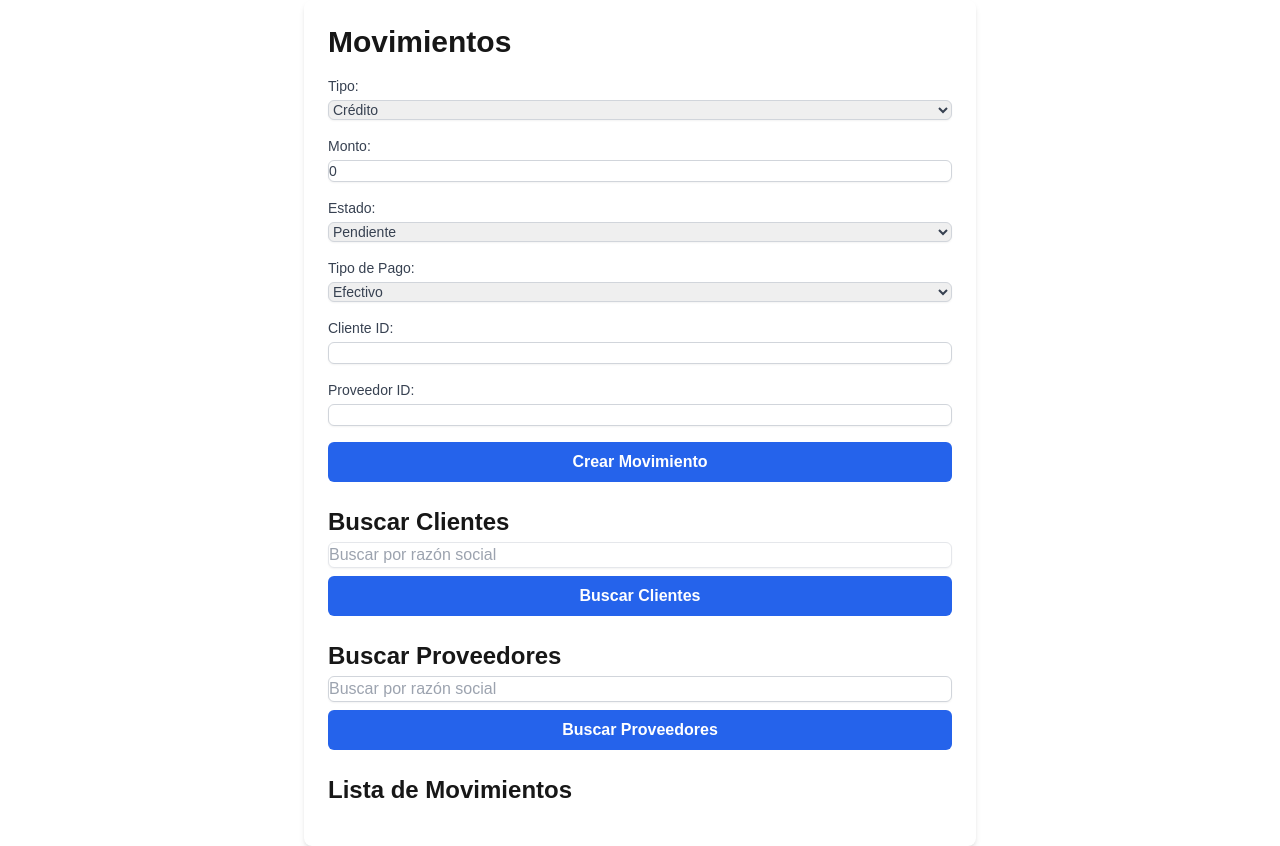
Repository: manucavallera/Sistema-Gestion
Page: /movimientos
An editor plug-in stored every save of this project. The page is shown before and after the next save, followed by the edit.
The browser window is 1280 px wide. The pictures show the whole page.
The page's requests for data from a server got no answer. The project was rebuilt for these pictures with package versions that can differ from the ones it lists, and the page was loaded fresh each time. The framework's server and built-in components were replaced by stand-ins that run in the browser. No one was signed in, and anything a server would have sent is missing. Also part of the build but not shown: next.config.mjs.

Above is the page before, as saved 2024-11-20 20:55:17.

After the next save:
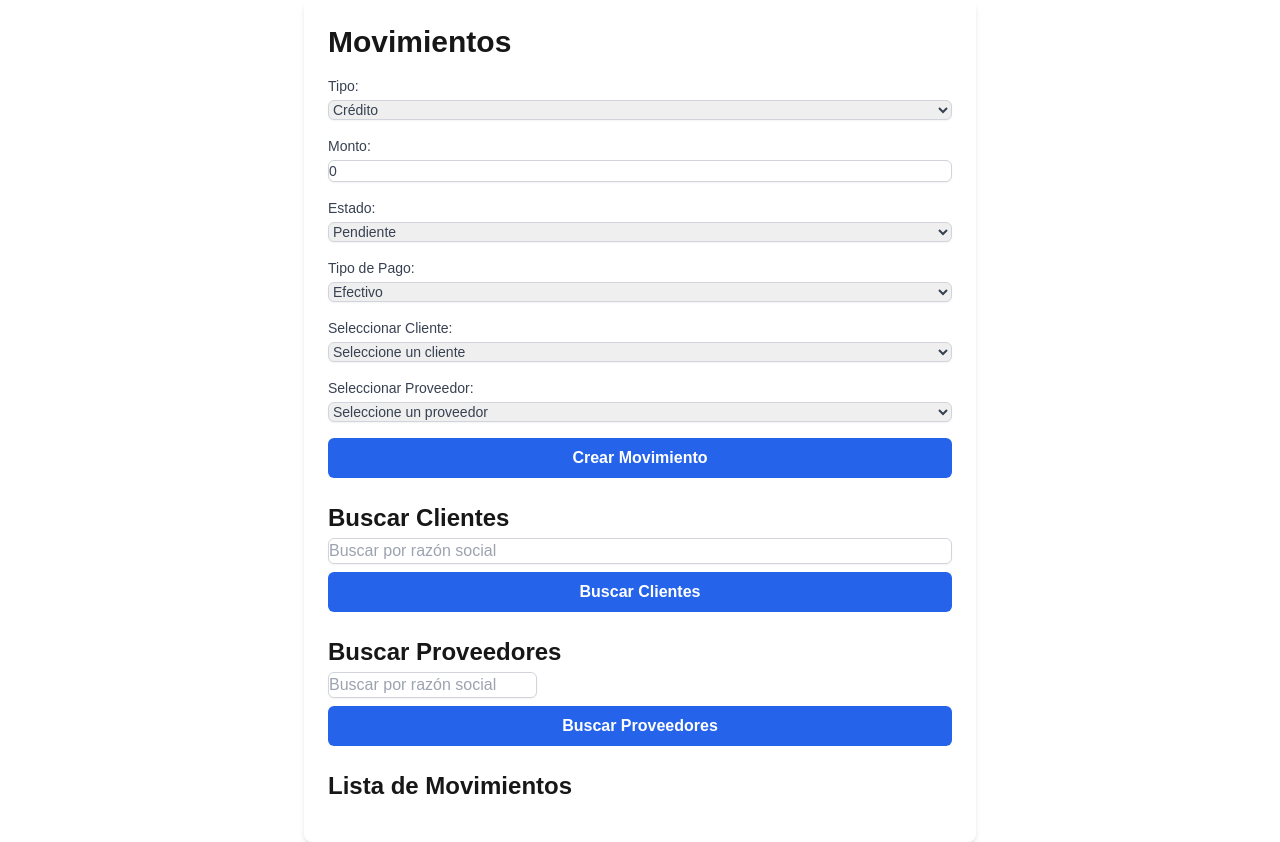
Saved 116 s later.
--- a/src/app/movimientos/page.tsx
+++ b/src/app/movimientos/page.tsx
@@ -150,28 +150,40 @@ const MovimientosPage = () => {
         </div>
         <div>
           <label className='block text-sm font-medium text-gray-700'>
-            Cliente ID:
-            <input
-              type='number'
+            Seleccionar Cliente:
+            <select
               value={clienteId || ""}
               onChange={(e) =>
                 setClienteId(e.target.value ? Number(e.target.value) : null)
               }
               className='mt-1 block w-full border border-gray-300 rounded-md shadow-sm focus:ring-blue-500 focus:border-blue-500'
-            />
-          </label>
-        </div>
-        <div>
-          <label className='block text-sm font-medium text-gray-700'>
-            Proveedor ID:
-            <input
-              type='number'
+            >
+              <option value=''>Seleccione un cliente</option>
+              {clientes.map((cliente) => (
+                <option key={cliente.id} value={cliente.id}>
+                  {cliente.razonSocial}
+                </option>
+              ))}
+            </select>
+          </label>
+        </div>
+        <div>
+          <label className='block text-sm font-medium text-gray-700'>
+            Seleccionar Proveedor:
+            <select
               value={proveedorId || ""}
               onChange={(e) =>
                 setProveedorId(e.target.value ? Number(e.target.value) : null)
               }
               className='mt-1 block w-full border border-gray-300 rounded-md shadow-sm focus:ring-blue-500 focus:border-blue-500'
-            />
+            >
+              <option value=''>Seleccione un proveedor</option>
+              {proveedores.map((proveedor) => (
+                <option key={proveedor.id} value={proveedor.id}>
+                  {proveedor.razonSocial}
+                </option>
+              ))}
+            </select>
           </label>
         </div>
         <button
@@ -188,7 +200,7 @@ const MovimientosPage = () => {
           value={searchCliente}
           onChange={(e) => setSearchCliente(e.target.value)}
           placeholder='Buscar por razón social'
-          className='mt-1 block w-full border border-gray- 300 rounded-md shadow-sm focus:ring-blue-500 focus:border-blue-500'
+          className='mt-1 block w-full border border-gray-300 rounded-md shadow-sm focus:ring-blue-500 focus:border-blue-500'
         />
         <button
           onClick={fetchClientes}
@@ -214,7 +226,7 @@ const MovimientosPage = () => {
           value={searchProveedor}
           onChange={(e) => setSearchProveedor(e.target.value)}
           placeholder='Buscar por razón social'
-          className='mt-1 block w-full border border-gray-300 rounded-md shadow-sm focus:ring-blue-500 focus:border-blue-500'
+          className='mt-1 block w -full border border-gray-300 rounded-md shadow-sm focus:ring-blue-500 focus:border-blue-500'
         />
         <button
           onClick={fetchProveedores}
